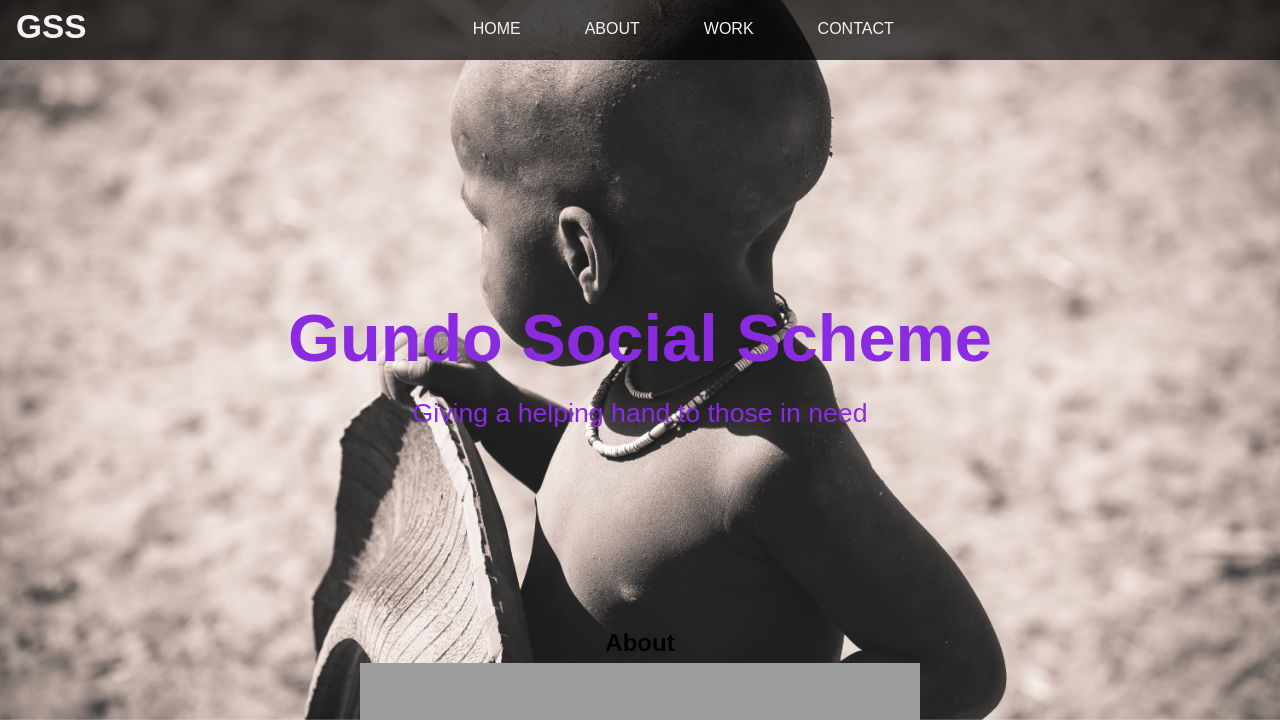
Repository: blessingNtoko/gss-basic_website
Page: index.html
An editor plug-in stored every save of this project. The page is shown before and after the next save, followed by the edit.
The browser window is 1280 px wide. The pictures show the whole page.
Pictures or frames that could not be fetched are drawn as grey boxes. An inner scrolling area shows only its first screen.

Above is the page before, as saved 2020-05-13 00:01:43.

### index.html
<!DOCTYPE html>
<html lang="en">

<head>
    <meta charset="UTF-8">
    <meta name="viewport" content="width=device-width, initial-scale=1.0">
    <title>Gundo Social Scheme</title>
    <link rel="stylesheet" href="style.css">
</head>

<body>
    <div class="allContain">
        <nav class="navbar">
            <h1><a href="#home">GSS</a></h1>
            <ul>
                <li>
                    <a href="#home">Home</a>
                </li>
                <li>
                    <a href="#about">About</a>
                </li>
                <li>
                    <a href="#work">Work</a>
                </li>
                <li>
                    <a href="#contact">Contact</a>
                </li>
            </ul>
        </nav>

        <section id="home">
            <h1>Gundo Social Scheme</h1>
            <p>Giving a helping hand to those in need</p>

        </section>

        <section id="about">
            <div class="container">
                <h1>About</h1>
                <div class="row">
                    <div class="col">
                        <img src="assets/images/temp1.jpg" alt="About image">
                    </div>
                    <div class="col">
                        <p>
                            Lorem ipsum dolor sit amet consectetur adipisicing elit. Impedit cupiditate nisi tempora non qui blanditiis quas id. Quibusdam sit perferendis, in minus placeat facilis adipisci unde ducimus labore veniam soluta deserunt. Exercitationem repellat optio
                            minima praesentium maiores veniam quibusdam non explicabo deserunt aperiam inventore porro esse ratione, unde cupiditate accusantium debitis quod aliquid asperiores deleniti hic est? Soluta, facilis eveniet!
                        </p>
                    </div>
                </div>
                <div class="row">
                    <div class="col">
                        <p>
                            Lorem ipsum dolor sit amet consectetur, adipisicing elit. Vitae ut sapiente perferendis exercitationem eaque ipsum ad facere harum veritatis fugit placeat error odio quasi assumenda molestiae consequuntur nostrum temporibus, dicta perspiciatis sunt at
                            numquam non. Magnam possimus illum, dolorem cumque labore aut minima a, voluptates officiis, repellat rem voluptatum ad harum iusto at! Eligendi ab iste voluptatem nemo doloremque obcaecati?
                        </p>
                    </div>
                    <div class="col">
                        <img src="assets/images/temp2.jpg" alt="About image">
                    </div>
                </div>
            </div>
        </section>

        <div class="fixedScroll fixedScroll1">
            <div class="fixedText">
                <span class="border trans">
                    Image Two text
                </span>
            </div>
        </div>

        <section id="work">
            <div class="container">
                <div class="row">
                    <div class="col">
                        <img src="" alt="">
                    </div>
                    <div class="col">
                        <img src="" alt="">

                    </div>
                    <div class="col">
                        <img src="" alt="">

                    </div>

                    <div class="w-100"></div>

                    <div class="col">
                        <img src="" alt="">

                    </div>
                    <div class="col">
                        <img src="" alt="">

                    </div>
                    <div class="col">
                        <img src="" alt="">

                    </div>
                </div>
            </div>
        </section>

        <div class="fixedScroll fixedScroll2">
            <div class="fixedText">
                <span class="border trans">
                    Image Two text
                </span>
            </div>
        </div>

        <section id="contact">
            <div class="container">
                <div class="row">
                    <div class="col">

                    </div>
                </div>
            </div>
        </section>
    </div>

</body>

</html>

### style.css
* {
    margin: 0;
    padding: 0;
}

body {
    font-family: Arial, Helvetica, sans-serif;
    line-height: 1.6;
    height: 100vh;
    overflow: hidden;
}

.allContain {
    width: 100%;
    height: 100%;
    /* CSS smooth scroll properties */
    overflow-y: scroll;
    scroll-behavior: smooth;
    scroll-snap-type: y mandatory;
}

.navbar {
    position: fixed;
    top: 0;
    z-index: 1;
    display: flex;
    width: 100%;
    height: 60px;
    background: rgba(0, 0, 0, 0.7);
}

.navbar h1 {
    color: white;
    font-size: 25pt;
    margin-left: 1rem;
}

.navbar h1 a {
    text-decoration: none;
    text-transform: uppercase;
    color: #f4f4f4;
}

.navbar h1 a:hover {
    color: skyblue;
}

.navbar ul {
    display: flex;
    list-style: none;
    width: 100%;
    justify-content: center;
}

.navbar ul li {
    margin: 0 1rem;
    padding: 1rem;
}

.navbar ul li a {
    text-decoration: none;
    text-transform: uppercase;
    color: #f4f4f4;
}

.navbar ul li a:hover {
    color: skyblue;
}

section {
    display: flex;
    flex-direction: column;
    align-items: center;
    justify-content: center;
    text-align: center;
    width: 100%;
    height: 100vh;
    scroll-snap-align: center;
}

#home {
    background-image: url(assets/images/tempy4.jpg);
    background-position: center;
    background-repeat: no-repeat;
    background-size: cover;
    background-attachment: fixed;
    color: blueviolet;
}

#home h1 {
    font-size: 50pt;
}

#home p {
    font-size: 20pt;
}

#about {
    margin-top: 3rem;
}

#about img {
    text-align: center;
    width: 35rem;
    height: 25rem;
}

.fixedScroll {
    position: relative;
    opacity: 0.7;
    background-position: center;
    background-size: cover;
    background-repeat: no-repeat;
    background-attachment: fixed;
}

.fixedScroll1 {
    background-image: url(assets/images/tempy5.jpg);
    min-height: 400px;
}

.fixedScroll2 {
    background-image: url(assets/images/tempy6.jpg);
    min-height: 400px;
}

After the next save:
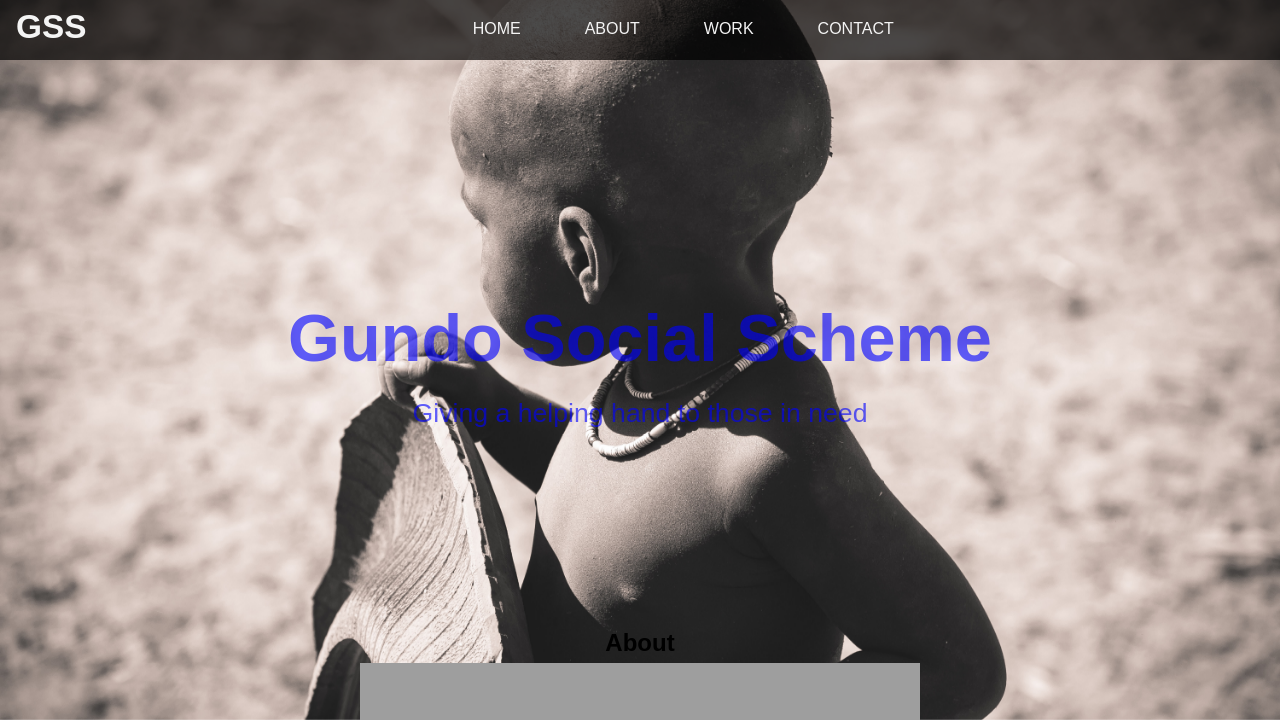
Saved 35 s later.
--- a/style.css
+++ b/style.css
@@ -84,7 +84,7 @@ section {
     background-repeat: no-repeat;
     background-size: cover;
     background-attachment: fixed;
-    color: blueviolet;
+    color: rgba(0, 0, 255, 0.616);
 }
 
 #home h1 {
